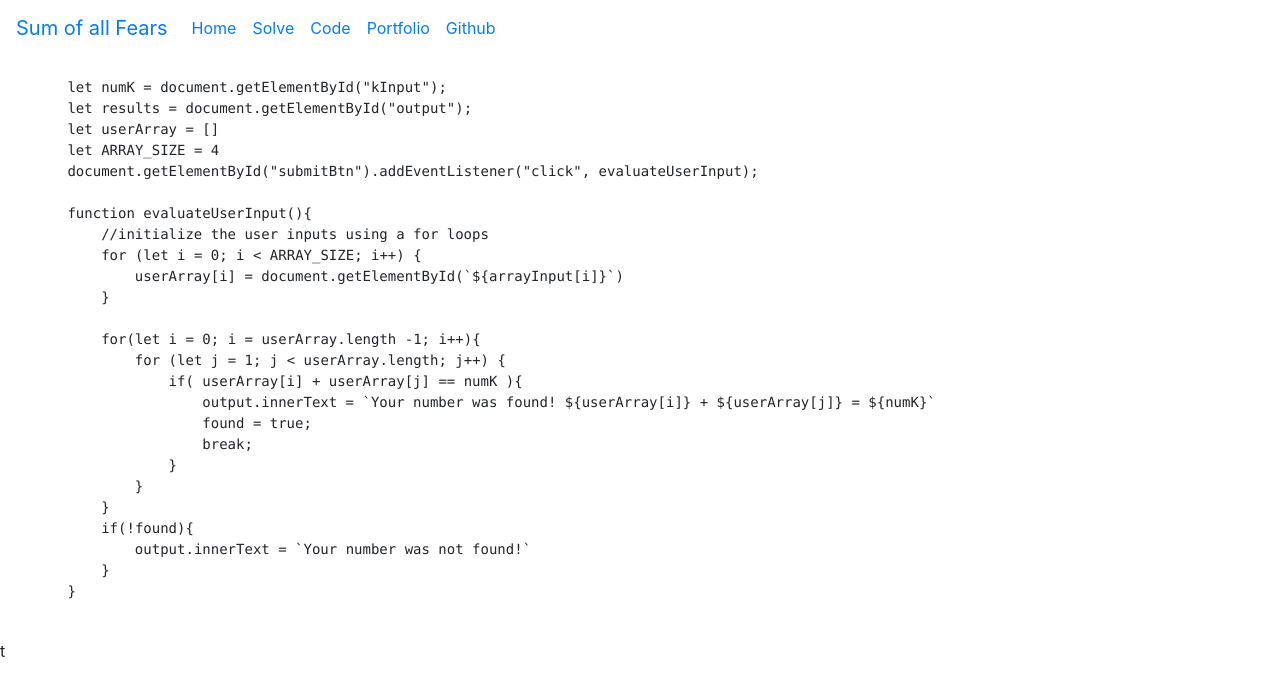
Repository: zhadjah9559/BrainBufferOverflow
Page: code.html
These files come from the project's save history. The page is drawn as it stood at one moment and after a run of saves; the edit follows.
The browser window is 1280 px wide. The pictures show the whole page.

Above is the page before, as saved 2021-01-18 00:57:30.

After the next 2 saves:
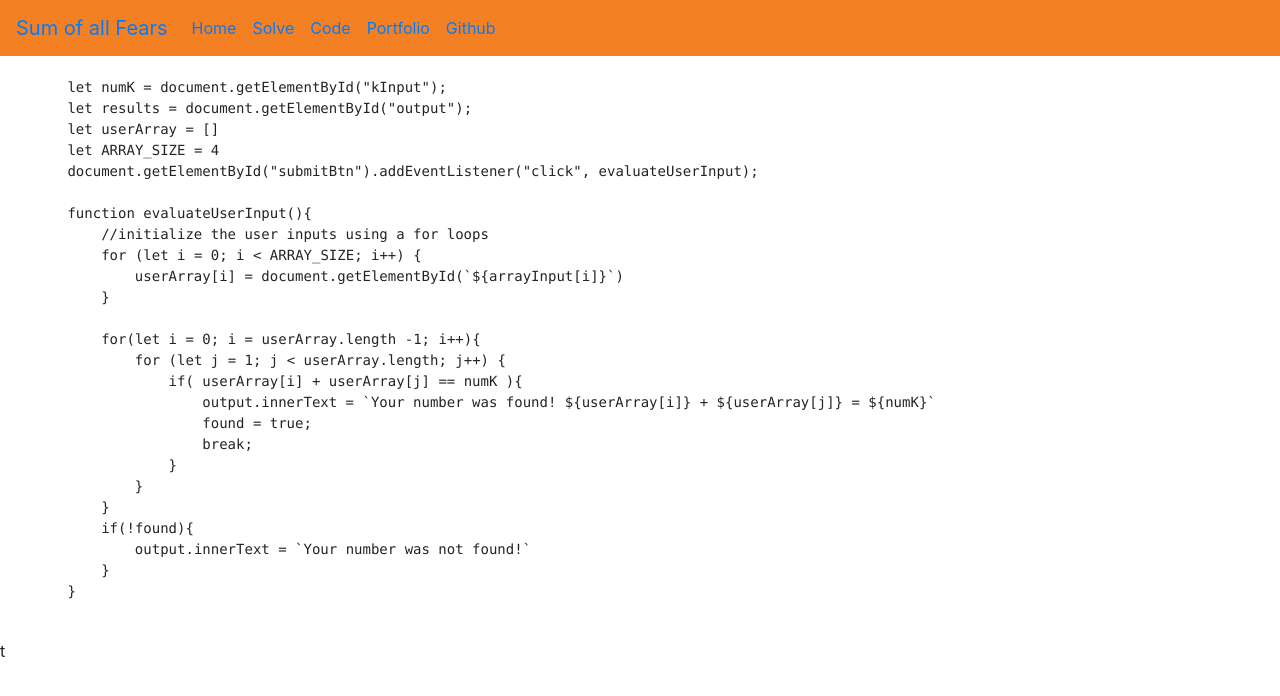
The 2 saves are shown as one change because they came seconds apart.
The last was saved 14 s later.
--- a/code.html
+++ b/code.html
@@ -11,7 +11,7 @@
   </head>
   <body>
 
-    <nav class="navbar navbar-expand-sm" style="background-color: ;">
+    <nav class="navbar navbar-expand-sm" style="background-color: #F48024;">
         <a class="navbar-brand" href="index.html">Sum of all Fears</a>
         <button class="navbar-toggler d-lg-none" type="button" data-toggle="collapse" data-target="#collapsibleNavId" aria-controls="collapsibleNavId"
             aria-expanded="false" aria-label="Toggle navigation"></button>
